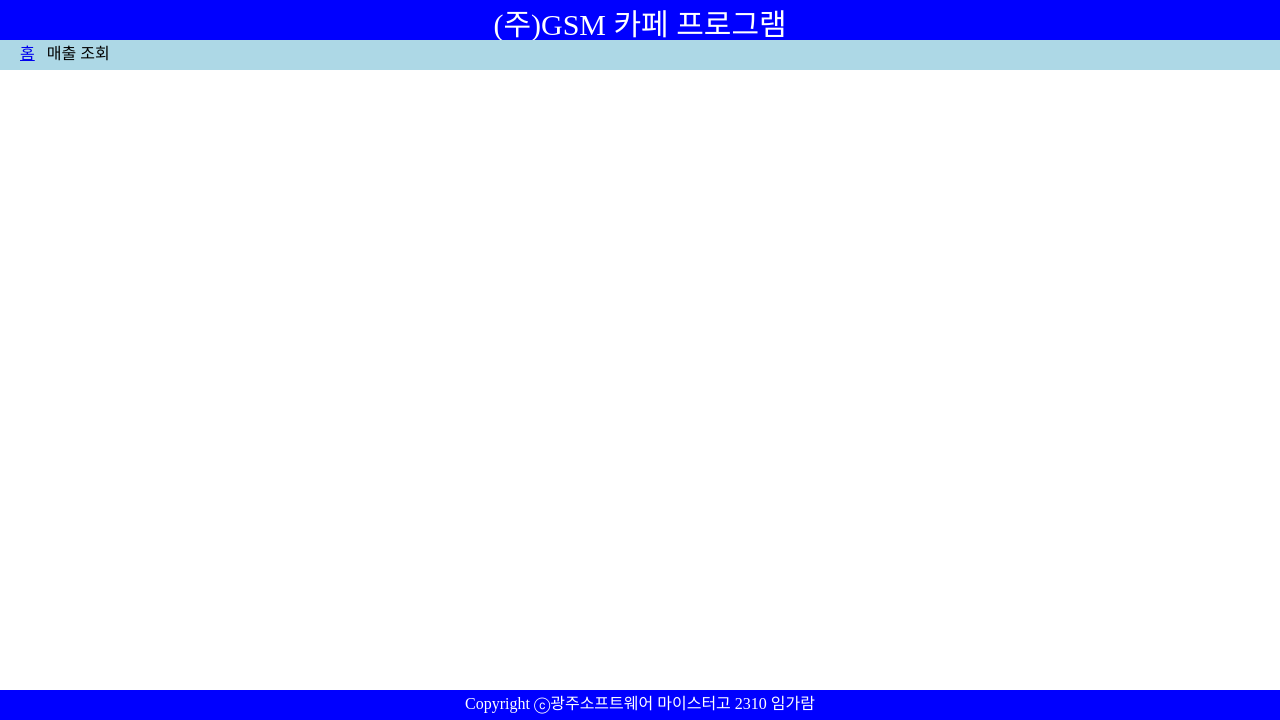
Repository: ImGaram/til
Page: http://localhost/cafe/
The author's editor kept a copy of each file at every save. The page is drawn from the files as they stood at one save, then again after the next save.
The browser window is 1280 px wide. The pictures show the whole page.
The page is served by Tomcat 9.

Above is the page before, as saved 2022-06-29 00:09:37.

After the next save:
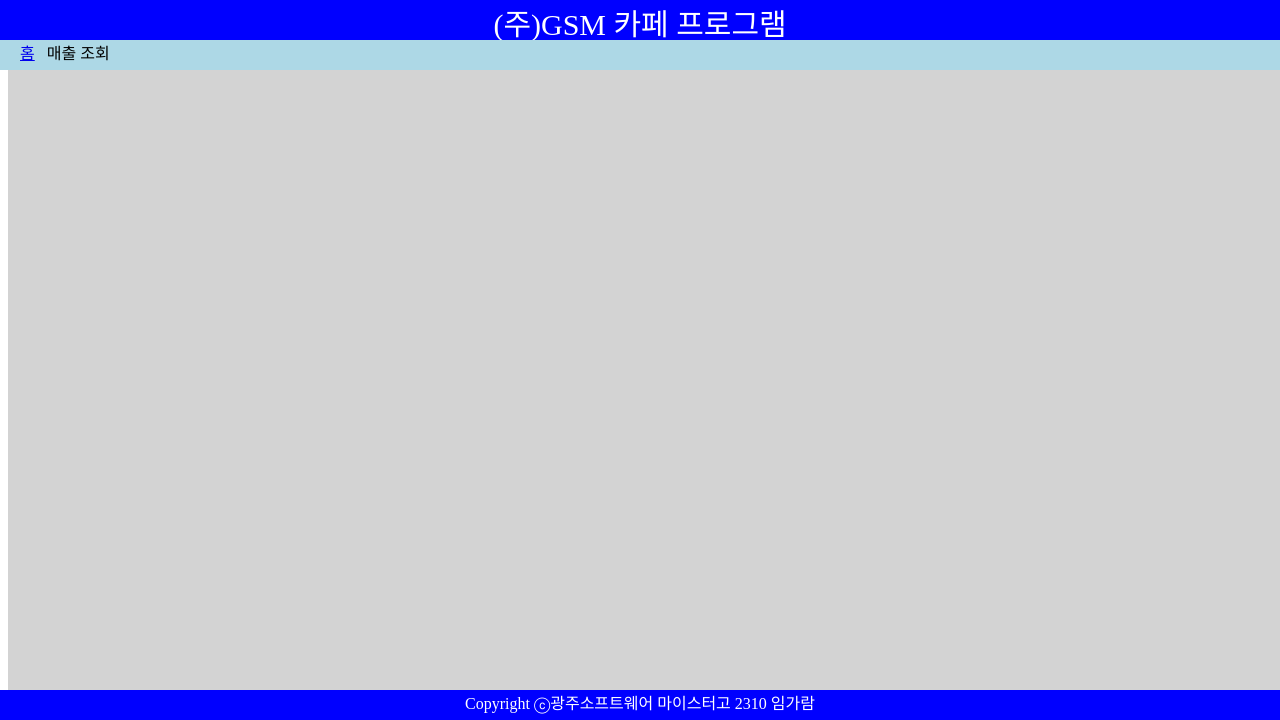
Saved 61 s later.
--- a/2학년 jsp(화면구현)/gsm2022/cafe/src/main/webapp/index.jsp
+++ b/2학년 jsp(화면구현)/gsm2022/cafe/src/main/webapp/index.jsp
@@ -8,7 +8,7 @@
 </head>
 <body>
 <jsp:include page="header.jsp"></jsp:include>
-<section style="position:fixed; width:100%; height:100%; top:70px">
+<section style="position:fixed; width:100%; height:100%; top:70px; background-color: lightgray">
 
 </section>
 <jsp:include page="footer.jsp"></jsp:include>
